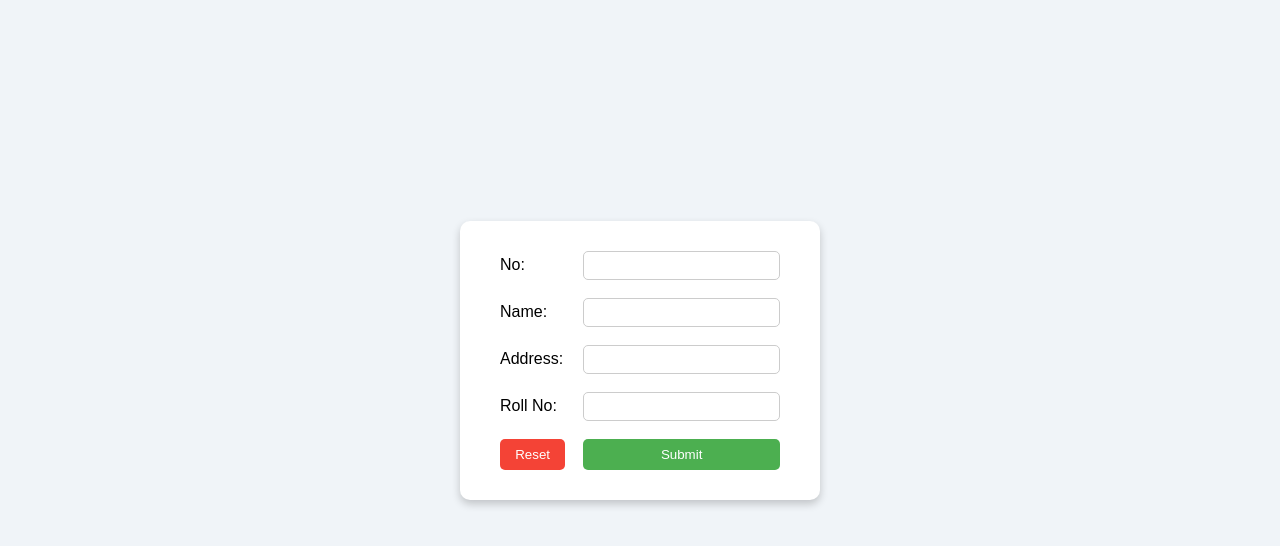
Repository: munnakumar046/eclipse-workspace
Page: DBApp/WebContent/form.html
These files come from the project's save history. The page is drawn as it stood at one moment and after the next save; the edit follows.
The browser window is 1280 px wide. The pictures show the whole page.

Above is the page before, as saved 2024-11-07 16:11:34.

### DBApp/WebContent/form.html
<!DOCTYPE html>
<html lang="en">
<head>
    <meta charset="UTF-8">
    <meta name="viewport" content="width=device-width, initial-scale=1.0">
    <title>Form Example</title>
    <style>
        /* Background styling */
        body {
            background-color: #f0f4f8;
            display: flex;
            align-items: center;
            justify-content: center;
            height: 100vh;
            margin: 0;
            font-family: Arial, sans-serif;
        }

        /* Form container styling */
        .form-container {
            background-color: #ffffff;
            padding: 20px 30px;
            border-radius: 10px;
            box-shadow: 0 4px 8px rgba(0, 0, 0, 0.2);
            width: 300px;
        }

        /* Table styling */
        table {
            width: 100%;
        }

        td {
            padding: 8px;
        }

        /* Input field styling */
        input[type="text"] {
            width: 100%;
            padding: 6px;
            border-radius: 5px;
            border: 1px solid #ccc;
            box-sizing: border-box;
        }

        /* Button styling */
        input[type="submit"],
        input[type="reset"] {
            width: 100%;
            padding: 8px;
            border: none;
            border-radius: 5px;
            color: #fff;
            cursor: pointer;
        }

        input[type="submit"] {
            background-color: #4CAF50; /* Submit button color */
        }

        input[type="reset"] {
            background-color: #f44336; /* Reset button color */
        }

        input[type="submit"]:hover,
        input[type="reset"]:hover {
            opacity: 0.9;
        }
    </style>
</head>
<body>
    <div class="form-container">
        <form action="test" method="GET">
            <table align="center">
                <tr>
                    <td>No:</td>
                    <td><input type="text" name="t1" /></td>
                </tr>
                <tr>
                    <td>Name:</td>
                    <td><input type="text" name="t2" /></td>
                </tr>
                <tr>
                    <td>Address:</td>
                    <td><input type="text" name="t3" /></td>
                </tr>
                <tr>
                    <td>Roll No:</td>
                    <td><input type="text" name="t4" /></td>
                </tr>
                <tr>
                    <td><input type="reset" value="Reset" /></td>
                    <td><input type="submit" value="Submit" /></td>
                </tr>
            </table>
        </form>
    </div>
</body>
</html>

After the next save:
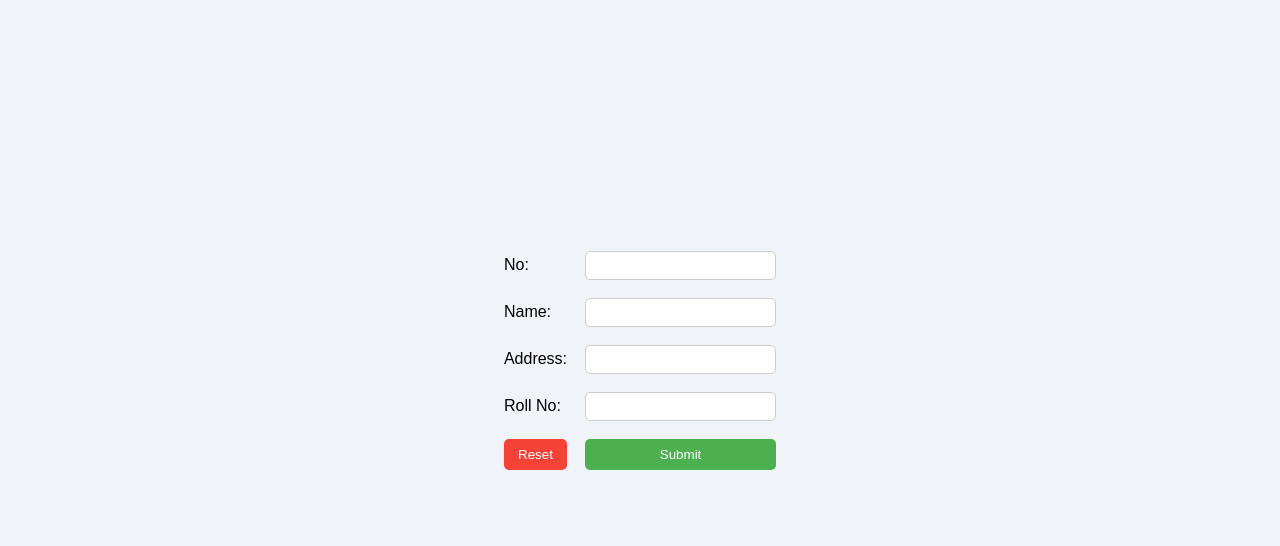
Saved 3 min 54 s later.
--- a/DBApp/WebContent/form.html
+++ b/DBApp/WebContent/form.html
@@ -1,9 +1,5 @@
 <!DOCTYPE html>
-<html lang="en">
 <head>
-    <meta charset="UTF-8">
-    <meta name="viewport" content="width=device-width, initial-scale=1.0">
-    <title>Form Example</title>
     <style>
         /* Background styling */
         body {
@@ -15,16 +11,6 @@
             margin: 0;
             font-family: Arial, sans-serif;
         }
-
-        /* Form container styling */
-        .form-container {
-            background-color: #ffffff;
-            padding: 20px 30px;
-            border-radius: 10px;
-            box-shadow: 0 4px 8px rgba(0, 0, 0, 0.2);
-            width: 300px;
-        }
-
         /* Table styling */
         table {
             width: 100%;
@@ -69,7 +55,6 @@
     </style>
 </head>
 <body>
-    <div class="form-container">
         <form action="test" method="GET">
             <table align="center">
                 <tr>
@@ -94,6 +79,5 @@
                 </tr>
             </table>
         </form>
-    </div>
-</body>
+   </body>
 </html>
